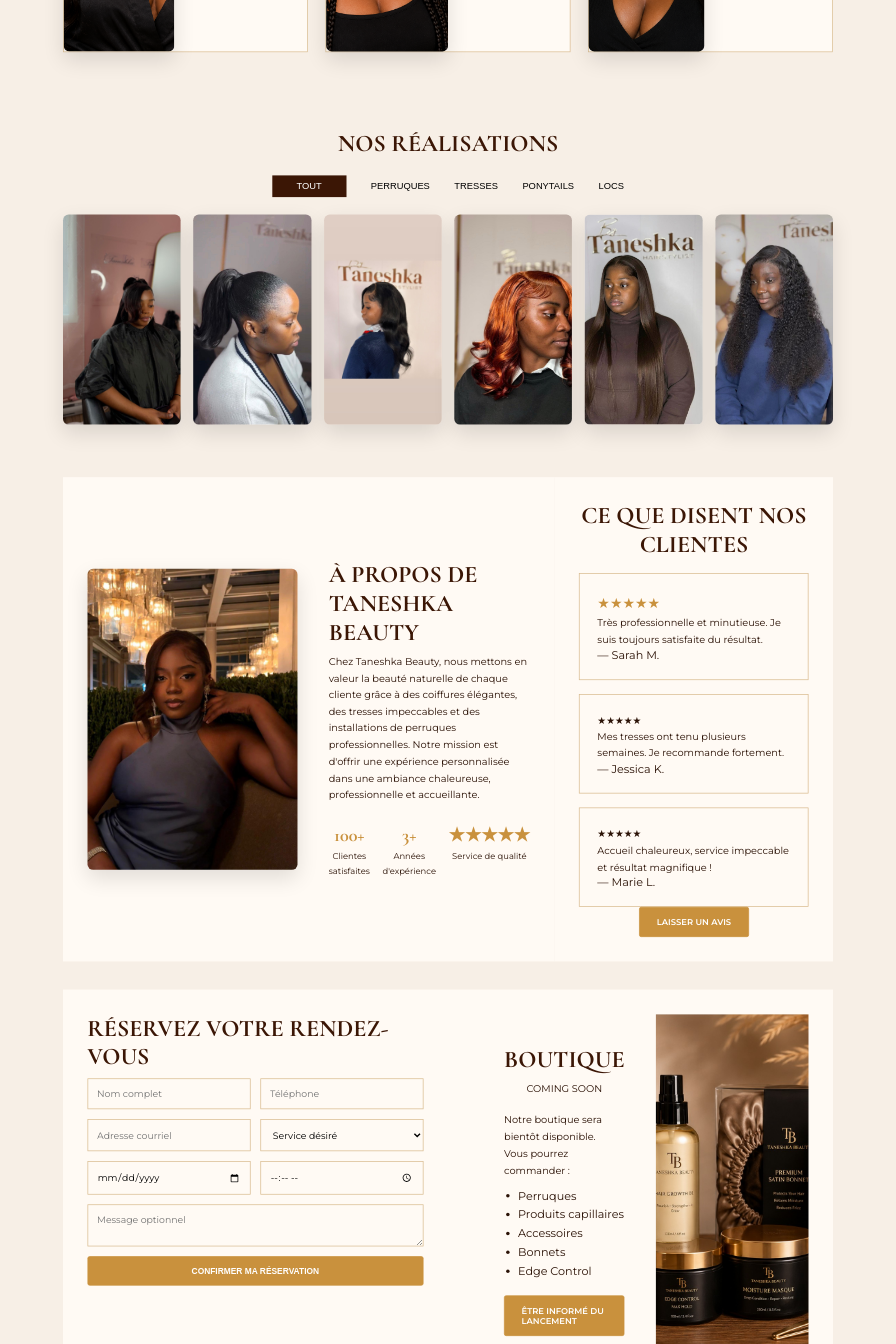
Repository: kngnepi/Taneshka-Beauty-House
Page: index.html
An editor plug-in stored every save of this project. The page is shown before and after the next save, followed by the edit.
The browser window is 1280 px wide. The pictures show the part of the page from y = 1322 to 3242 px (the page is 3997 px tall before and 3981 px after), at 70% of full size.

Above is the page before, as saved 2026-07-05 18:40:08.

### index.html
<!DOCTYPE html>
<html lang="fr">
<head>
  <meta charset="UTF-8" />
  <meta name="viewport" content="width=device-width, initial-scale=1.0" />
  <title>Taneshka Beauty</title>
  <link rel="stylesheet" href="style.css" />
</head>
<body>

  <!-- NAVBAR -->
  <header class="navbar">
    <div class="logo">
      <span>TB</span>
      <p>TANESHKA BEAUTY</p>
    </div>

    <nav>
      <a href="#home">Accueil</a>
      <a href="#services">Services</a>
      <a href="#portfolio">Portfolio</a>
      <a href="#about">À propos</a>
      <a href="#booking">Réservation</a>
      <a href="#products">Boutique</a>
      <a href="#contact">Contact</a>
    </nav>

    <a href="#booking" class="btn-gold">Réserver</a>
  </header>

  <!-- HERO -->
  <section id="home" class="hero">
    <div class="hero-content">
      <h1>TANESHKA<br>BEAUTY</h1>
      <p class="tagline">Élégance • Confiance • Beauté</p>
      <p class="hero-text">
        Spécialiste en perruques, tresses et coiffures protectrices.
      </p>

      <div class="hero-buttons">
        <a href="#booking" class="btn-gold">Réserver un rendez-vous</a>
        <a href="#portfolio" class="btn-outline">Voir nos réalisations</a>
      </div>
    </div>
  </section>

  <!-- SERVICES -->
  <section id="services" class="section">
    <h2>Nos Services</h2>
    <p class="section-subtitle">Des prestations adaptées à votre style et à vos besoins.</p>

    <div class="services-grid">
      <div class="service-card">
        <div class="service-img"></div>
        <div>
          <h3>Perruques</h3>
          <ul>
            <li>Installation</li>
            <li>Retrait</li>
            <li>Revamp</li>
            <li>Customisation</li>
          </ul>
          <p>À partir de 60$</p>
          <a href="#booking" class="btn-dark">Réserver</a>
        </div>
      </div>

      <div class="service-card">
        <div class="service-img"></div>
        <div>
          <h3>Tresses</h3>
          <ul>
            <li>Knotless Braids</li>
            <li>Boho Braids</li>
            <li>Tribal Braids</li>
            <li>Cornrows</li>
          </ul>
          <p>À partir de 80$</p>
          <a href="#booking" class="btn-dark">Réserver</a>
        </div>
      </div>

      <div class="service-card">
        <div class="service-img"></div>
        <div>
          <h3>Coiffures</h3>
          <ul>
            <li>Ponytail</li>
            <li>Wig Styling</li>
            <li>Butterfly Locs</li>
            <li>Twists</li>
          </ul>
          <p>À partir de 50$</p>
          <a href="#booking" class="btn-dark">Réserver</a>
        </div>
      </div>
    </div>
  </section>

  <!-- PORTFOLIO -->
  <section id="portfolio" class="section">
    <h2>Nos Réalisations</h2>

    <div class="portfolio-filters">
      <button>Tout</button>
      <button>Perruques</button>
      <button>Tresses</button>
      <button>Ponytails</button>
      <button>Locs</button>
    </div>

    <div class="portfolio-grid">
      <div class="portfolio-item"></div>
      <div class="portfolio-item"></div>
      <div class="portfolio-item"></div>
      <div class="portfolio-item"></div>
      <div class="portfolio-item"></div>
      <div class="portfolio-item"></div>
    </div>
  </section>

  <!-- ABOUT + REVIEWS -->
  <!-- ABOUT + REVIEWS -->
<section class="split-section">
  <div id="about" class="about-box">
    <div class="about-img"></div>

    <div class="about-content">
      <h2>À propos de Taneshka Beauty</h2>
      <p>
        Chez Taneshka Beauty, nous mettons en valeur la beauté naturelle de chaque cliente
        grâce à des coiffures élégantes, des tresses impeccables et des installations de
        perruques professionnelles. Notre mission est d'offrir une expérience personnalisée
        dans une ambiance chaleureuse, professionnelle et accueillante.
      </p>

      <div class="about-stats">
        <div>
          <h3>100+</h3>
          <p>Clientes satisfaites</p>
        </div>

        <div>
          <h3>3+</h3>
          <p>Années d'expérience</p>
        </div>

        <div>
          <h3>★★★★★</h3>
          <p>Service de qualité</p>
        </div>
      </div>
    </div>
  </div>

  <div class="reviews-box">
    <h2>Ce que disent nos clientes</h2>

    <div class="reviews-grid">
      <div class="review-card">
        <p class="stars">★★★★★</p>
        <p>Très professionnelle et minutieuse. Je suis toujours satisfaite du résultat.</p>
        <span>— Sarah M.</span>
      </div>

      <div class="review-card">
        <p class="stars">★★★★★</p>
        <p>Mes tresses ont tenu plusieurs semaines. Je recommande fortement.</p>
        <span>— Jessica K.</span>
      </div>

      <div class="review-card">
        <p class="stars">★★★★★</p>
        <p>Accueil chaleureux, service impeccable et résultat magnifique !</p>
        <span>— Marie L.</span>
      </div>
    </div>

    <a href="#booking" class="btn-gold">Laisser un avis</a>
  </div>
</section>

<!-- BOOKING + PRODUCTS -->
<section class="split-section">
  <div id="booking" class="booking-section">
    <h2>Réservez votre rendez-vous</h2>

    <form class="booking-form">
      <input type="text" placeholder="Nom complet" />
      <input type="tel" placeholder="Téléphone" />
      <input type="email" placeholder="Adresse courriel" />

      <select>
        <option>Service désiré</option>
        <option>Perruques</option>
        <option>Tresses</option>
        <option>Coiffures</option>
      </select>

      <input type="date" />
      <input type="time" />
      <textarea placeholder="Message optionnel"></textarea>

      <button type="submit" class="btn-gold">Confirmer ma réservation</button>
    </form>
  </div>

  <div id="products" class="products-section">
    <div class="products-content">
      <div class="products-text">
        <h2>Boutique</h2>
        <p class="coming-soon">Coming Soon</p>
        <p>Notre boutique sera bientôt disponible.</p>
        <p>Vous pourrez commander :</p>

        <ul>
          <li>Perruques</li>
          <li>Produits capillaires</li>
          <li>Accessoires</li>
          <li>Bonnets</li>
          <li>Edge Control</li>
        </ul>

        <a href="#contact" class="btn-gold">Être informé du lancement</a>
      </div>

      <div class="products-img"></div>
    </div>
  </div>
</section>

<!-- LOCATION + FAQ -->
<section id="contact" class="split-section">
  <div class="location-box">
  <h2>Nous trouver</h2>

  <div class="location-content">
    <div class="location-info">
      <p>📍 Trois-Rivières, Québec, Canada</p>
      <p>📞 (514) 123-4567</p>
      <p>✉️ taneshkabeauty@gmail.com</p>
      <p>🕒 Lundi - Samedi : 9h - 19h</p>
      <p>Dimanche : Fermé</p>

      <a
        href="https://www.google.com/maps/search/?api=1&query=Trois-Rivi%C3%A8res%2C%20Qu%C3%A9bec%2C%20Canada"
        target="_blank"
        class="btn-outline-dark"
      >
        Obtenir l'itinéraire
      </a>
    </div>

    <div class="map-box">
      <iframe
        src="https://www.google.com/maps?q=Trois-Rivi%C3%A8res%2C%20Qu%C3%A9bec%2C%20Canada&output=embed"
        loading="lazy"
        referrerpolicy="no-referrer-when-downgrade">
      </iframe>
    </div>
  </div>
</div>

  <div class="faq-box">
    <h2>Questions fréquentes</h2>

    <details>
      <summary>Comment prendre rendez-vous ?</summary>
      <p>Vous pouvez réserver via le formulaire ou nous contacter sur Instagram.</p>
    </details>

    <details>
      <summary>Dois-je fournir les mèches ?</summary>
      <p>Cela dépend du service choisi. Les détails seront confirmés lors de la réservation.</p>
    </details>

    <details>
      <summary>Quelle est votre politique d'annulation ?</summary>
      <p>Les annulations doivent être faites au moins 48h avant le rendez-vous.</p>
    </details>

    <details>
      <summary>Quels modes de paiement acceptez-vous ?</summary>
      <p>Espèces et virement Interac.</p>
    </details>

    <details>
      <summary>Combien de temps dure une installation ?</summary>
      <p>La durée varie selon le service sélectionné.</p>
    </details>
  </div>
</section>
  <!-- FOOTER -->
  <footer>
    <h2>TB</h2>
    <p>Taneshka Beauty</p>
    <p>© 2026 Taneshka Beauty. Tous droits réservés.</p>
  </footer>

</body>
</html>

### style.css
@import url('https://fonts.googleapis.com/css2?family=Cormorant+Garamond:wght@500;600;700&family=Montserrat:wght@300;400;500;600&display=swap');

:root {
  --brown: #3b1605;
  --dark-brown: #1f0c03;
  --gold: #c9913d;
  --cream: #f7efe6;
  --light-cream: #fffaf4;
  --text: #2b1206;
  --border: #d8b98c;
}

* {
  margin: 0;
  padding: 0;
  box-sizing: border-box;
}

body {
  background: var(--cream);
  color: var(--text);
  font-family: "Montserrat", sans-serif;
}

h1, h2, h3 {
  font-family: "Cormorant Garamond", serif;
  text-transform: uppercase;
}

section {
  padding: 55px 7%;
}

.navbar {
  background: rgba(31, 12, 3, 0.95);
  color: white;
  height: 85px;
  padding: 0 7%;
  display: flex;
  align-items: center;
  justify-content: space-between;
}

.logo span {
  color: var(--gold);
  font-family: "Cormorant Garamond", serif;
  font-size: 38px;
  font-weight: 700;
}

.logo p {
  color: var(--gold);
  font-size: 13px;
  letter-spacing: 1px;
}

nav {
  display: flex;
  gap: 30px;
}

nav a {
  color: white;
  text-decoration: none;
  font-size: 13px;
  text-transform: uppercase;
}

.btn-gold,
.btn-outline,
.btn-dark {
  display: inline-block;
  padding: 13px 24px;
  text-decoration: none;
  text-transform: uppercase;
  font-size: 12px;
  font-weight: 600;
  border-radius: 3px;
}

.btn-gold {
  background: var(--gold);
  color: white;
  border: 1px solid var(--gold);
}

.btn-outline {
  border: 1px solid var(--gold);
  color: white;
}

.btn-dark {
  background: var(--brown);
  color: white;
  margin-top: 15px;
}

.hero {
  min-height: 720px;
  background:
    linear-gradient(to right, rgba(20, 7, 2, 0.95) 0%, rgba(20, 7, 2, 0.75) 38%, rgba(20, 7, 2, 0.25) 70%),
    url("images/hero.jpg");
  background-size: cover;
  background-position: center 35%;
  display: flex;
  align-items: center;
}

.hero-content {
  max-width: 620px;
  margin-top: 40px;
}

.hero h1 {
  color: var(--gold);
  font-size: 92px;
  line-height: 0.9;
}

.tagline {
  color: white;
  font-family: "Cormorant Garamond", serif;
  font-size: 28px;
  font-style: italic;
  margin: 20px 0;
}

.hero-text {
  color: white;
  font-size: 18px;
  line-height: 1.6;
}

.hero-buttons {
  display: flex;
  gap: 20px;
  margin-top: 30px;
}

.section {
  text-align: center;
}

.section h2,
.split-section h2 {
  font-size: 34px;
  color: var(--brown);
  margin-bottom: 10px;
}

.section-subtitle {
  margin-bottom: 35px;
  font-size: 14px;
}

.services-grid {
  display: grid;
  grid-template-columns: repeat(3, 1fr);
  gap: 25px;
}

.service-card {
  background: var(--light-cream);
  border: 1px solid var(--border);
  display: grid;
  grid-template-columns: 1fr 1fr;
  text-align: left;
  min-height: 260px;
}

.service-img,
.portfolio-item,
.about-img {
  width: 100%;
  height: 430px;
  background-image: url("images/about.jpg");
  background-size: cover;
  background-position: center top;
  border-radius: 8px;
  box-shadow: 0 12px 30px rgba(0,0,0,.12);
}

.service-card:nth-child(1) .service-img {
  background-image: url("images/service-wig.jpg");
}

.service-card:nth-child(2) .service-img {
  background-image: url("images/service-braids.jpg");
}

.service-card:nth-child(3) .service-img {
  background-image: url("images/service-hair.jpg");
}

.service-card div:last-child {
  padding: 28px;
}

.service-card h3 {
  font-size: 24px;
  margin-bottom: 15px;
}

.service-card li {
  margin-bottom: 8px;
  font-size: 14px;
}

.portfolio-filters {
  display: flex;
  justify-content: center;
  gap: 35px;
  margin: 25px 0;
}

.portfolio-filters button {
  background: transparent;
  border: none;
  text-transform: uppercase;
  cursor: pointer;
}

.portfolio-filters button:first-child {
  background: var(--brown);
  color: white;
  padding: 8px 35px;
}

.portfolio-grid {
  display: grid;
  grid-template-columns: repeat(6, 1fr);
  gap: 18px;
}

.portfolio-item {
  height: 300px;
  border-radius: 8px;
  overflow: hidden;
  background-size: cover;
  background-position: center 25%;
  background-repeat: no-repeat;
}

.portfolio-item:nth-child(2) {
    background-position: center 20%;
}

.portfolio-item:nth-child(2) img {
  object-position: 40% 70%;
}
.portfolio-item img {
  width: 100%;
  height: 100%;
  object-fit: cover;
  object-position: center 25%;
  display: block;
}


.portfolio-item:nth-child(1) {
  background-image: url("images/portfolio-1.jpg");
}

.portfolio-item:nth-child(2) {
  background-image: url("images/portfolio-2.jpg");
}

.portfolio-item:nth-child(3) {
  background-image: url("images/portfolio-3.jpg");
}

.portfolio-item:nth-child(4) {
  background-image: url("images/portfolio-4.jpg");
}

.portfolio-item:nth-child(5) {
  background-image: url("images/portfolio-5.jpg");
}

.portfolio-item:nth-child(6) {
  background-image: url("images/portfolio-6.jpg");
}

.split-section {
  padding: 20px 7%;
  display: grid;
  grid-template-columns: 1fr 1fr;
  gap: 0;
}

.about-box,
.reviews-box,
.location-box,
.faq-box,
.booking-section,
.products-section {
  background: var(--light-cream);
  border: 1px solid var(--border);
  padding: 35px;
}

.about-box {
  display: grid;
  grid-template-columns: 300px 1fr;
  gap: 45px;
  align-items: center;
  background: var(--light-cream);
  padding: 45px;
}

.about-img {
  min-height: 280px;
  background-image: url("images/about.jpg");
}

.about-box p,
.review-card p,
.location-box p,
.products-section p,
.faq-box p {
  font-size: 14px;
  line-height: 1.7;
}

.reviews-box {
  text-align: center;
}

.review-card {
  border: 1px solid var(--border);
  padding: 25px;
  margin-top: 20px;
  text-align: left;
}

.review-card:first-of-type p:first-child {
  color: var(--gold);
  font-size: 20px;
}

.booking-form {
  max-width: 850px;
  margin: auto;
  display: grid;
  grid-template-columns: 1fr 1fr;
  gap: 14px;
}

.booking-form input,
.booking-form select,
.booking-form textarea {
  padding: 13px;
  border: 1px solid var(--border);
  background: var(--light-cream);
  font-family: "Montserrat", sans-serif;
}

.booking-form textarea,
.booking-form button {
  grid-column: span 2;
}

.products-section {
  text-align: center;
}

.products-section h2 {
  color: var(--brown);
}

.location-box {
  text-align: left;
}

.faq-box details {
  border: 1px solid var(--border);
  margin-bottom: 10px;
  padding: 14px;
  background: var(--cream);
}

.faq-box summary {
  cursor: pointer;
  font-weight: 600;
}

footer {
  background: linear-gradient(to right, var(--dark-brown), var(--brown));
  color: white;
  text-align: center;
  padding: 45px 7%;
}

footer h2 {
  color: var(--gold);
  font-size: 55px;
}

footer p {
  color: var(--gold);
  margin-top: 8px;
}

@media (max-width: 900px) {
  .navbar {
    height: auto;
    flex-direction: column;
    padding: 20px;
    gap: 20px;
  }

  nav {
    flex-wrap: wrap;
    justify-content: center;
  }

  .hero h1 {
    font-size: 55px;
  }

  .services-grid,
  .split-section {
    grid-template-columns: 1fr;
  }

  .service-card,
  .about-box {
    grid-template-columns: 1fr;
  }

  .portfolio-grid {
    grid-template-columns: repeat(2, 1fr);
  }

  .booking-form {
    grid-template-columns: 1fr;
  }

  .booking-form textarea,
  .booking-form button {
    grid-column: span 1;
  }
}

.about-content {
  display: flex;
  flex-direction: column;
  justify-content: center;
}

.about-stats {
  display: grid;
  grid-template-columns: repeat(3, 1fr);
  gap: 18px;
  margin-top: 30px;
  text-align: center;
}

.about-stats h3 {
  color: var(--gold);
  font-size: 26px;
  margin-bottom: 5px;
}

.about-stats p {
  font-size: 12px;
}

.products-section {
  padding: 0;
  text-align: left;
}

.products-content {
  display: grid;
  grid-template-columns: 1fr 1fr;
  min-height: 320px;
}

.products-text {
  padding: 45px;
}

.products-text h2 {
  text-align: center;
}

.coming-soon {
  text-align: center;
  text-transform: uppercase;
  font-size: 13px;
  margin-bottom: 20px;
}

.products-text ul {
  margin: 15px 0 25px 20px;
}

.products-text li {
  margin-bottom: 8px;
}

.products-img {
  background-image: url("images/products.jpg");
  background-size: cover;
  background-position: center;
  min-height: 320px;
}

@media (max-width: 900px) {
  .about-stats {
    grid-template-columns: 1fr;
  }

  .products-content {
    grid-template-columns: 1fr;
  }
}

.about-box,
.reviews-box,
.location-box,
.faq-box,
.booking-section,
.products-section {
    background: var(--light-cream);
    border: none;
    padding: 35px;
}
.location-content {
  display: grid;
  grid-template-columns: 1fr 1.2fr;
  gap: 25px;
  align-items: stretch;
}

.location-info p {
  margin-bottom: 10px;
}

.map-box {
  width: 100%;
  min-height: 260px;
  border: 1px solid var(--border);
  overflow: hidden;
}

.map-box iframe {
  width: 100%;
  height: 100%;
  min-height: 260px;
  border: none;
}

@media (max-width: 900px) {
  .location-content {
    grid-template-columns: 1fr;
  }
}

After the next save:
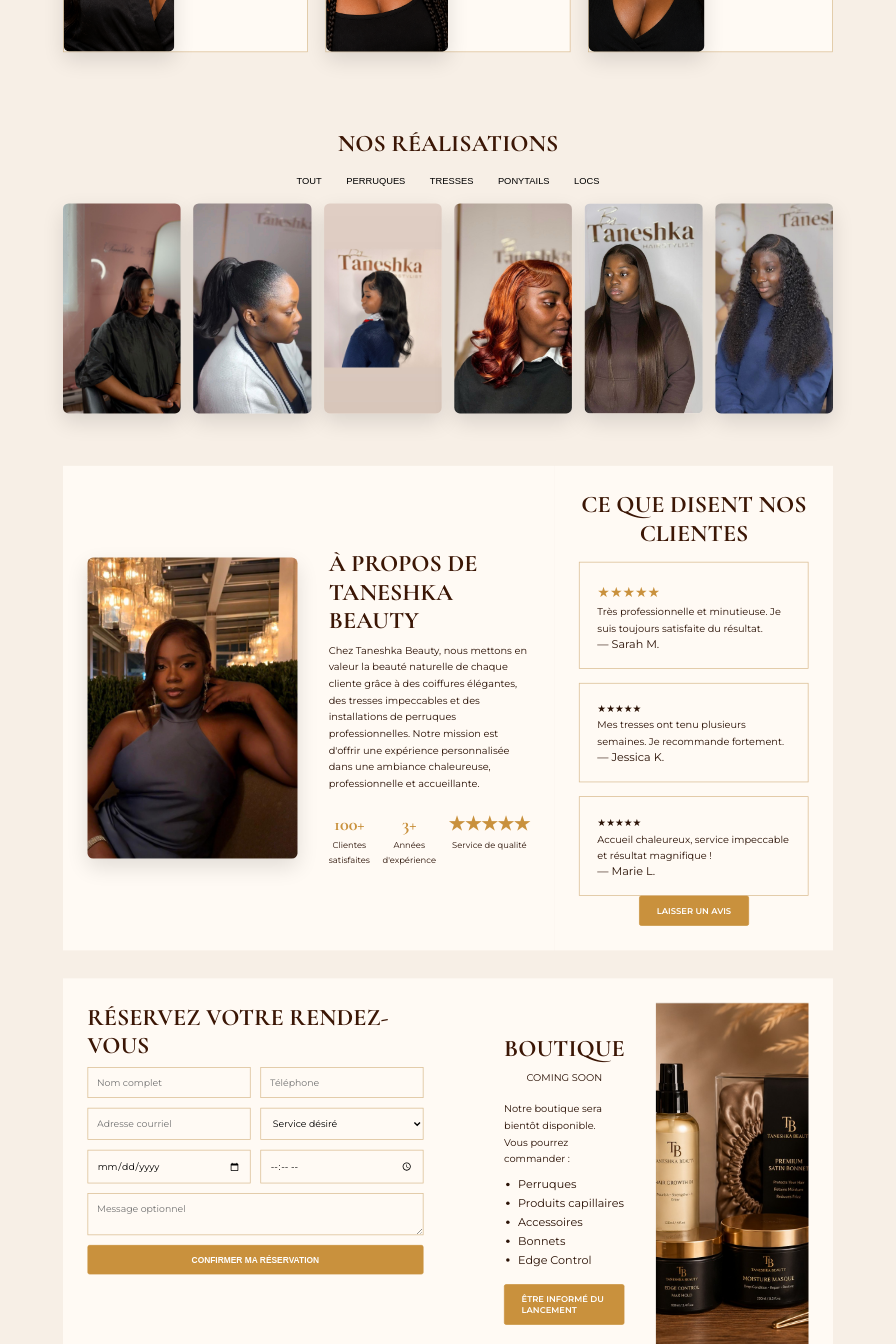
Saved 19 min 11 s later.
--- a/style.css
+++ b/style.css
@@ -220,11 +220,6 @@
   cursor: pointer;
 }
 
-.portfolio-filters button:first-child {
-  background: var(--brown);
-  color: white;
-  padding: 8px 35px;
-}
 
 .portfolio-grid {
   display: grid;
@@ -557,3 +552,13 @@
     grid-template-columns: 1fr;
   }
 }
+
+.portfolio-filters button.active {
+  background: var(--brown);
+  color: white;
+  padding: 8px 35px;
+}
+
+.portfolio-item.hide {
+  display: none;
+}

After the save that followed:
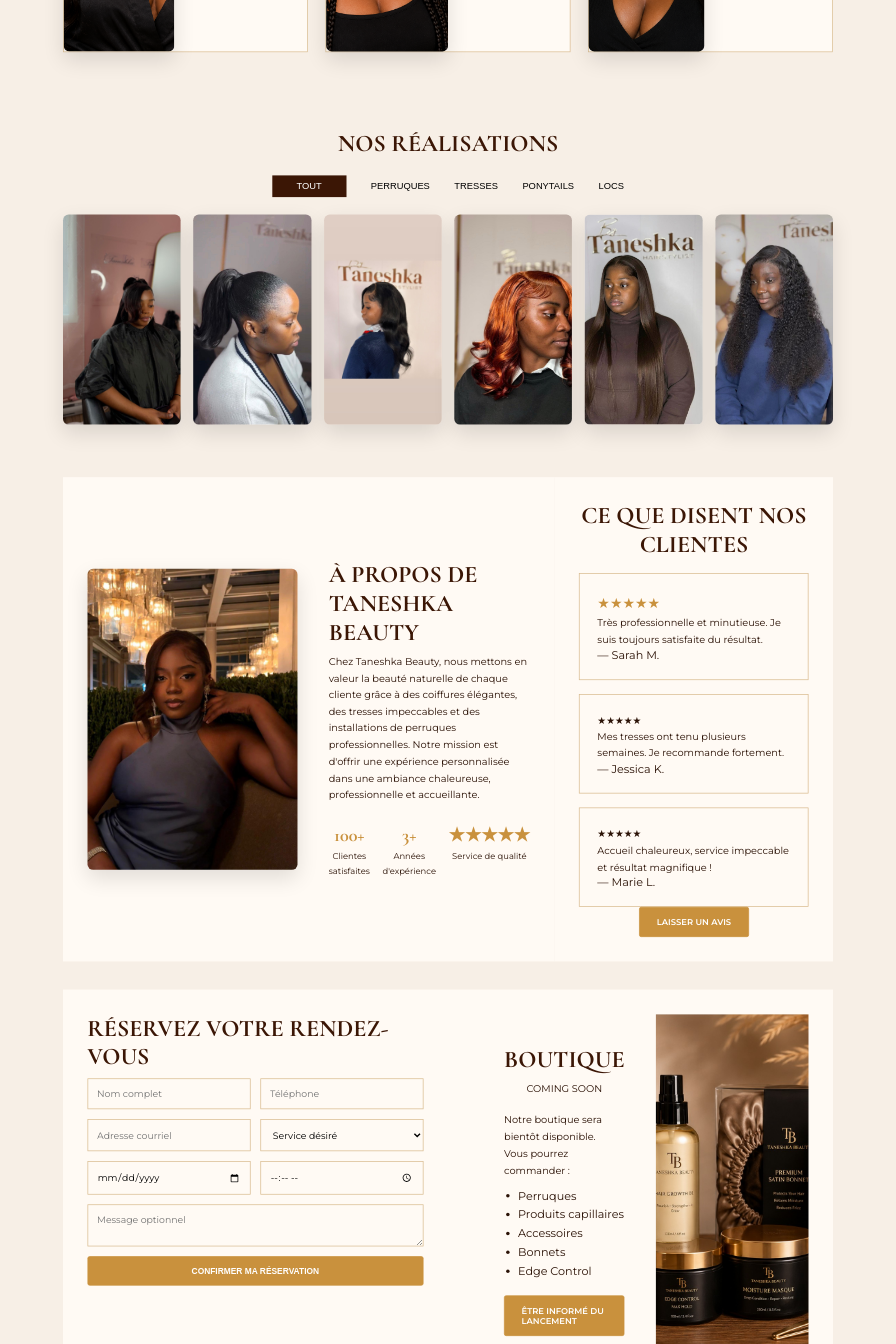
Saved 8 s later.
--- a/index.html
+++ b/index.html
@@ -98,26 +98,26 @@
   </section>
 
   <!-- PORTFOLIO -->
-  <section id="portfolio" class="section">
-    <h2>Nos Réalisations</h2>
-
-    <div class="portfolio-filters">
-      <button>Tout</button>
-      <button>Perruques</button>
-      <button>Tresses</button>
-      <button>Ponytails</button>
-      <button>Locs</button>
-    </div>
-
-    <div class="portfolio-grid">
-      <div class="portfolio-item"></div>
-      <div class="portfolio-item"></div>
-      <div class="portfolio-item"></div>
-      <div class="portfolio-item"></div>
-      <div class="portfolio-item"></div>
-      <div class="portfolio-item"></div>
-    </div>
-  </section>
+ <section id="portfolio" class="section">
+  <h2>Nos Réalisations</h2>
+
+  <div class="portfolio-filters">
+    <button class="active" data-filter="all">Tout</button>
+    <button data-filter="perruques">Perruques</button>
+    <button data-filter="tresses">Tresses</button>
+    <button data-filter="ponytails">Ponytails</button>
+    <button data-filter="locs">Locs</button>
+  </div>
+
+  <div class="portfolio-grid">
+    <div class="portfolio-item" data-category="ponytails"></div>
+    <div class="portfolio-item" data-category="ponytails"></div>
+    <div class="portfolio-item" data-category="perruques"></div>
+    <div class="portfolio-item" data-category="perruques"></div>
+    <div class="portfolio-item" data-category="perruques"></div>
+    <div class="portfolio-item" data-category="tresses"></div>
+  </div>
+</section>
 
   <!-- ABOUT + REVIEWS -->
   <!-- ABOUT + REVIEWS -->
@@ -297,5 +297,27 @@
     <p>© 2026 Taneshka Beauty. Tous droits réservés.</p>
   </footer>
 
+<script>
+  const filterButtons = document.querySelectorAll(".portfolio-filters button");
+  const portfolioItems = document.querySelectorAll(".portfolio-item");
+
+  filterButtons.forEach(button => {
+    button.addEventListener("click", () => {
+      const filter = button.dataset.filter;
+
+      filterButtons.forEach(btn => btn.classList.remove("active"));
+      button.classList.add("active");
+
+      portfolioItems.forEach(item => {
+        if (filter === "all" || item.dataset.category === filter) {
+          item.classList.remove("hide");
+        } else {
+          item.classList.add("hide");
+        }
+      });
+    });
+  });
+</script>
+
 </body>
 </html>
